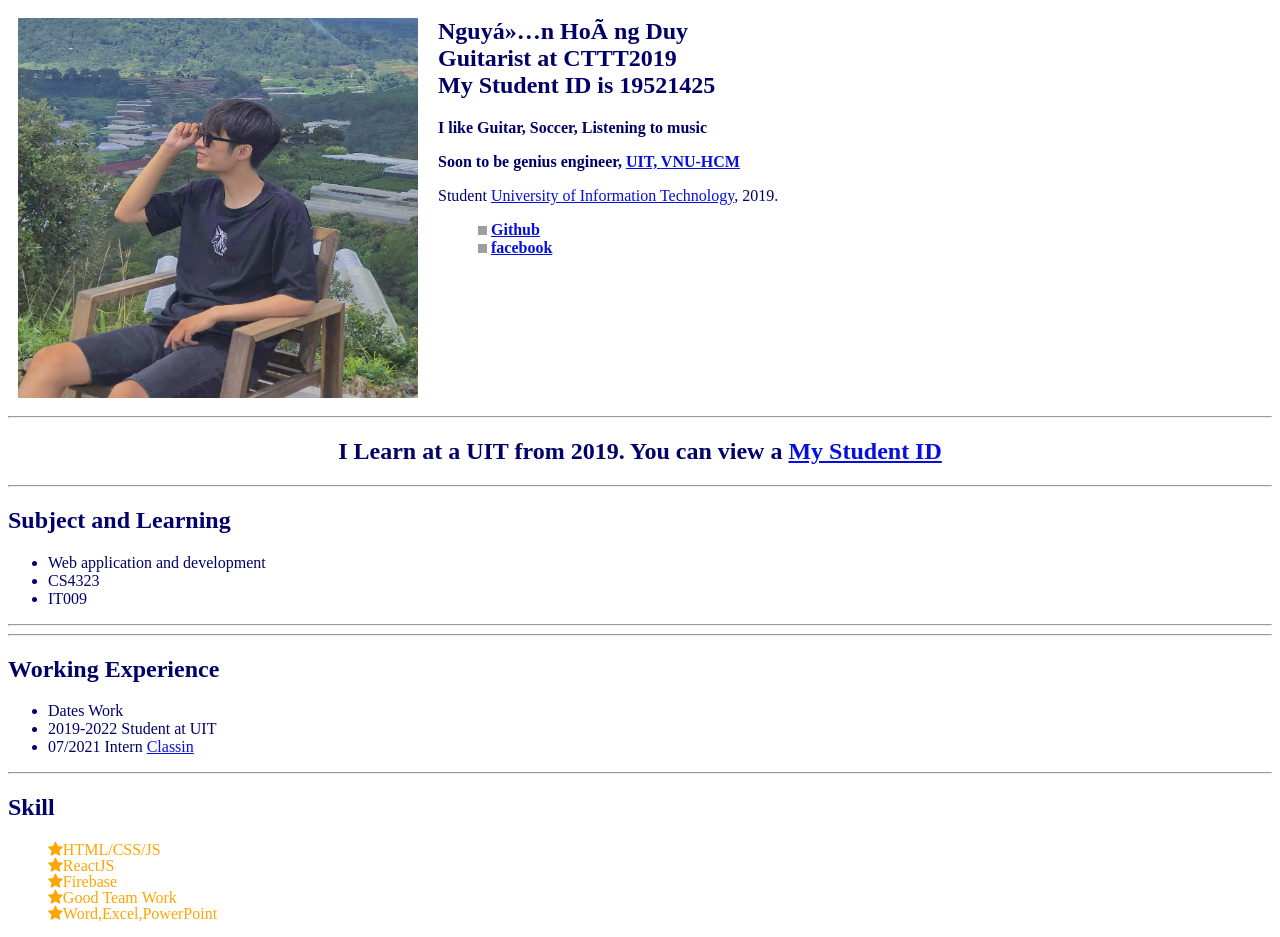
Repository: HoangDuy315/web-dev2022
Page: ex2.html
The author's editor kept a copy of each file at every save. The page is drawn from the files as they stood at one save, then again after a run of saves.
The browser window is 1280 px wide. The pictures show the whole page.
Pictures or frames that could not be fetched are drawn as grey boxes.

Above is the page before, as saved 2022-09-22 15:16:35.

After the next 2 saves:
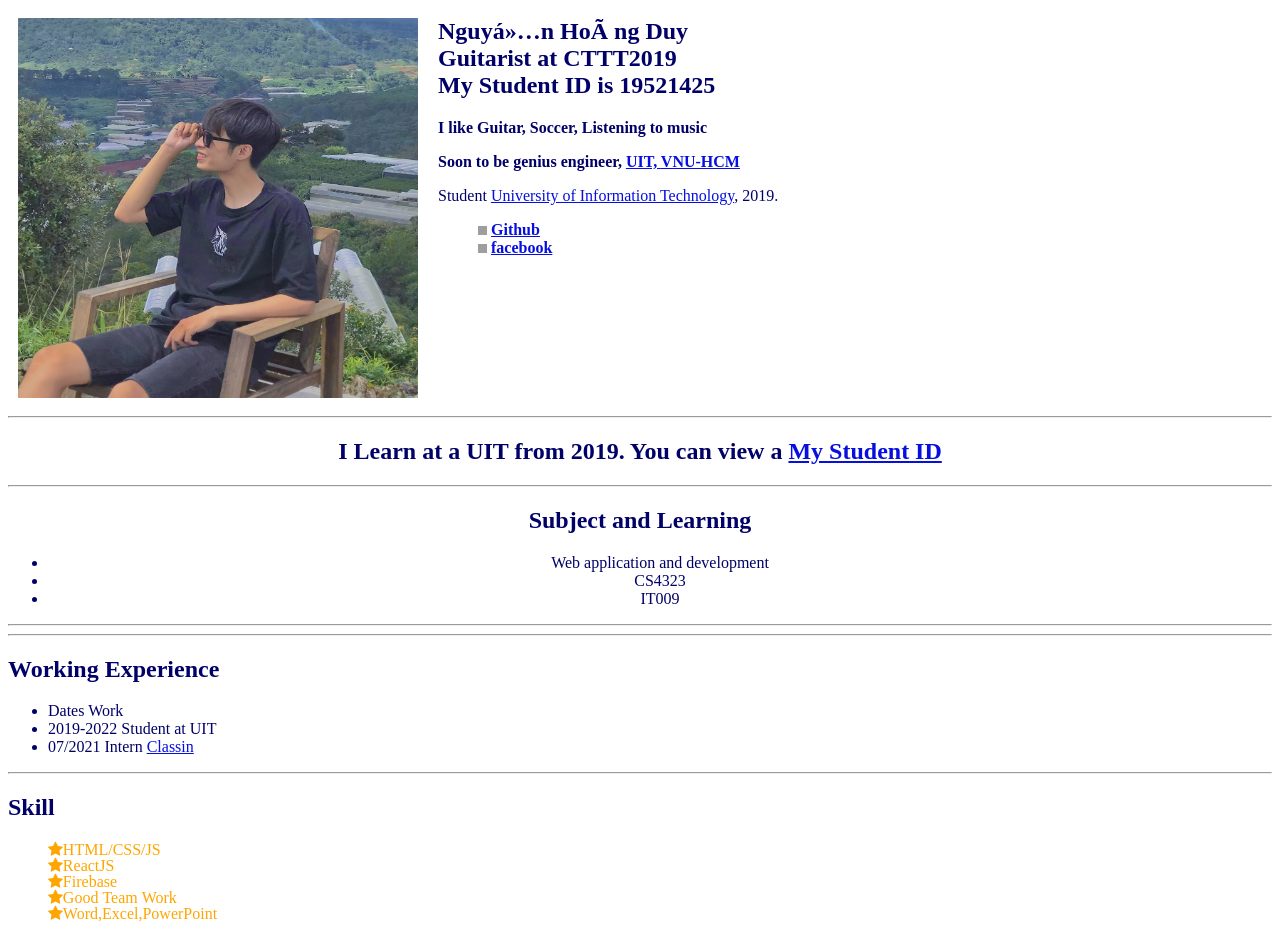
The 2 saves are shown as one change because they came seconds apart.
The last was saved 19 s later.
--- a/ex2.html
+++ b/ex2.html
@@ -58,8 +58,8 @@ Student <a href="https://www.uit.edu.vn/">University of Information Technology</
 </hr>
 
 <hr>
-    <h2>Subject and Learning</h2>
-    <ul>
+    <h2 class="yud">Subject and Learning</h2>
+    <ul class="yud">
         <li>Web application and development</li>
         <li>CS4323</li>
         <li>IT009</li>
